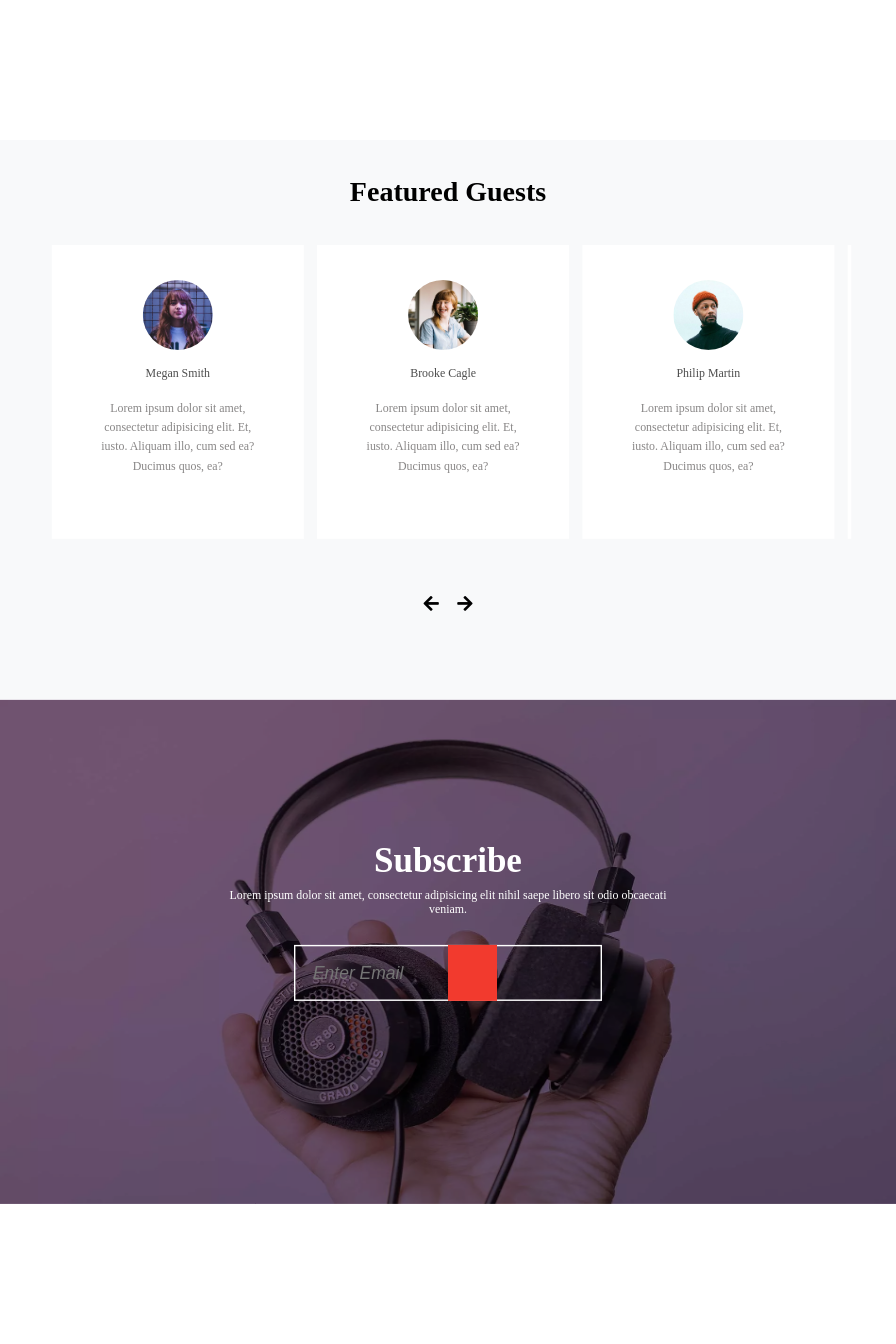
Repository: nhutduy0803/template2
Page: index.html
These files come from the project's save history. The page is drawn as it stood at one moment and after a run of saves; the edit follows.
The browser window is 1280 px wide. The pictures show the part of the page from y = 3797 to 5717 px (the page is 5717 px tall), at 70% of full size.

Above is the page before, as saved 2021-12-10 11:24:16.

After the next 2 saves:
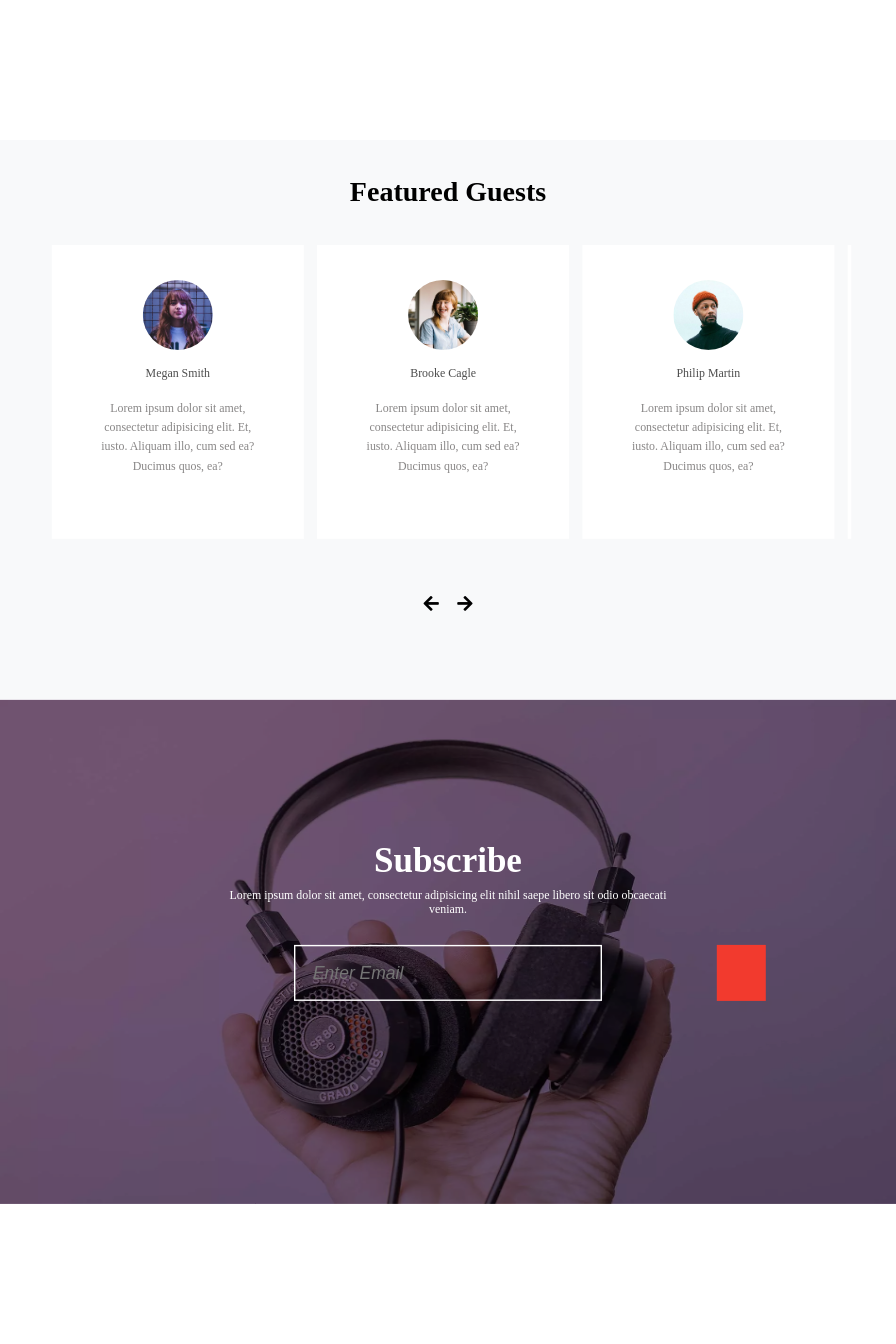
The 2 saves are shown as one change because they came seconds apart.
The last was saved 6 s later.
--- a/assets/css/style.css
+++ b/assets/css/style.css
@@ -774,7 +774,7 @@
 
 .send-input {
   top: 150px;
-  left: 50%;
+  left: 80%;
   width: 70px;
   position: absolute;
   height: 80px;
